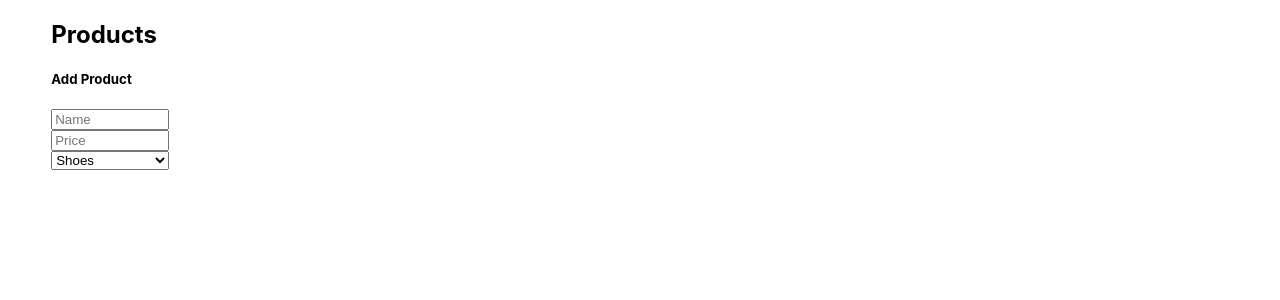
Repository: zcoderboy/redux-workout
Page: /
The author's editor kept a copy of each file at every save. The page is drawn from the files as they stood at one save, then again after a run of saves.
The browser window is 1280 px wide. The pictures show the whole page.
The project was rebuilt for these pictures with package versions that can differ from the ones it lists, and the page was loaded fresh each time. Also part of the build but not shown: src/Product.js.

Above is the page before, as saved 2020-08-17 15:17:22.

After the next 2 saves:
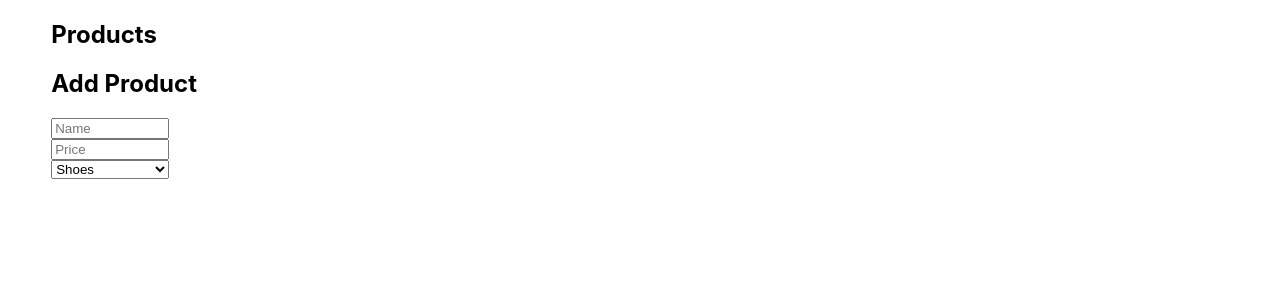
The 2 saves are shown as one change because they came seconds apart.
The last was saved 20 s later.
--- a/src/ProductAdd.js
+++ b/src/ProductAdd.js
@@ -4,7 +4,7 @@ const ProductAdd = (props) => {
   console.log(props)
   return (
     <>
-      <h5>Add Product</h5>
+      <h2>Add Product</h2>
       <form onSubmit="" style={{
         display: "flex",
         flexDirection: "column",
